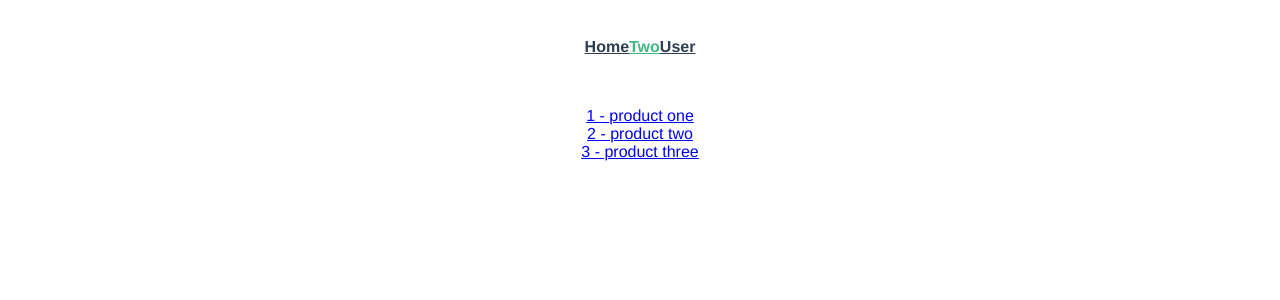
Repository: wolkenheim/vue2-typescript-rxjs-playground
Page: /two
An editor plug-in stored every save of this project. The page is shown before and after the next save, followed by the edit.
The browser window is 1280 px wide. The pictures show the whole page.
The project was rebuilt for these pictures with package versions that can differ from the ones it lists, and the page was loaded fresh each time. Requests to the local data server were answered from the project's data file. Also part of the build but not shown: src/components/BriefingList.vue, src/components/BriefingDetail.vue.

Above is the page before, as saved 2020-11-05 19:57:17.

After the next save:
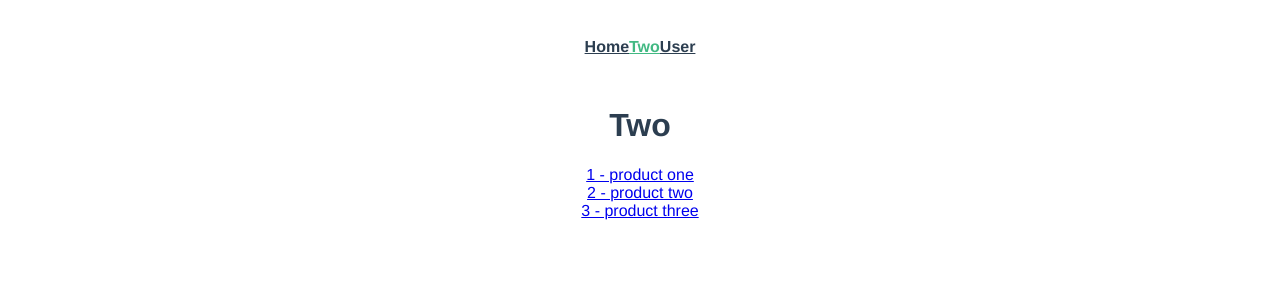
Saved 42 s later.
--- a/src/components/BriefingListTwo.vue
+++ b/src/components/BriefingListTwo.vue
@@ -1,6 +1,6 @@
 <template>
   <div class="briefing-list">
-    <h1>{{ msg }}</h1>
+    <h1>Two</h1>
 
     <div v-for="(briefing, index) in briefingList" :key="index">
       <router-link
